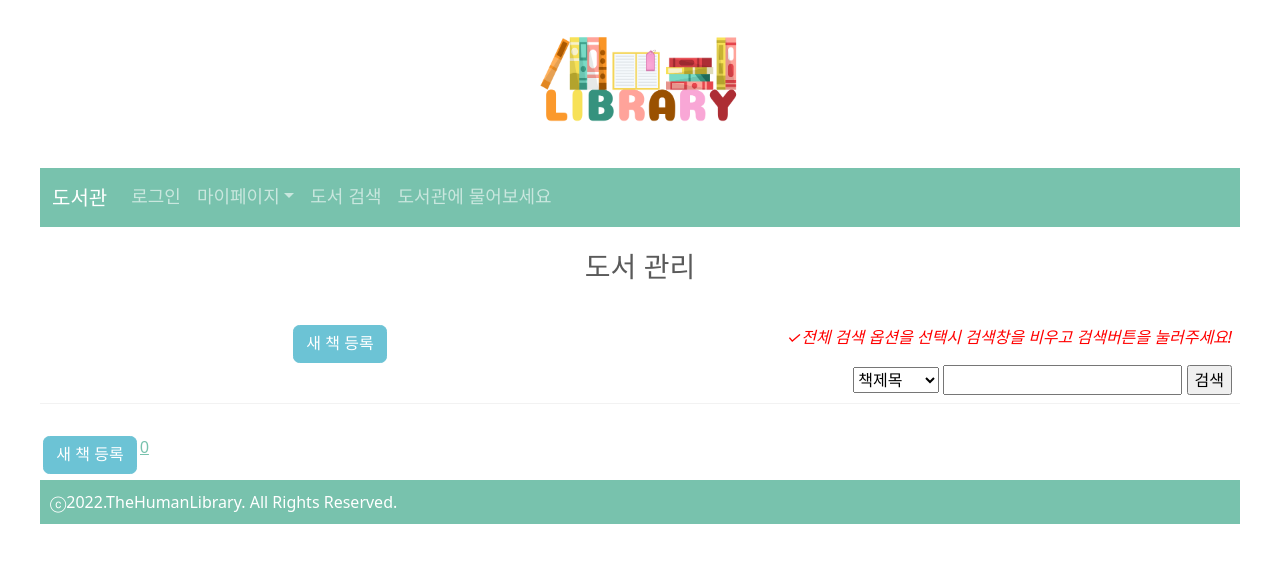
Repository: ahnbin00/Library
Page: http://localhost/BookRental/WEB-INF/book/manageBookList.jsp
An editor plug-in stored every save of this project. The page is shown before and after a run of saves, followed by the edit.
The browser window is 1280 px wide. The pictures show the whole page.
Some web fonts or font styles are not loaded; a fallback is used. Some web libraries are served in a nearby version. The page is served by Tomcat 9. Nobody is signed in. Other server files are loaded and not shown. The template is opened directly, without the code that normally fills it, so the values that code supplies are empty.

Above is the page before, as saved 2022-12-22 07:06:39.

### BookRental/src/main/webapp/WEB-INF/book/manageBookList.jsp
<%@page import="java.util.List"%>

<%@ page language="java" contentType="text/html; charset=UTF-8"
   pageEncoding="UTF-8"%>
    <%@ taglib prefix="c" uri="http://java.sun.com/jsp/jstl/core" %>
<!DOCTYPE html>
<html>
<head>
<meta charset="UTF-8">
<link rel="stylesheet"
   href="resources/bootstrap.css">
   <link rel="stylesheet" href="https://cdn.jsdelivr.net/npm/bootstrap-icons@1.7.1/font/bootstrap-icons.css">
<title>도서 목록/검색</title>
<style type="text/css">
@import url('https://fonts.googleapis.com/css2?family=Jua&display=swap');
th{
	width: 200px;
}
td{
	width: 600px;
}
</style>
</head>
<body style="width:1200px; text-align:center; margin: 0 auto;" >
	<header>
		<h1 style="text-align: center; padding-top: 30px; padding-bottom: 30px;"><img alt="로고" src="resources/logo.png" width="200px" height="100px"></h1>
    </header>

	<nav>
		<%@ include file="/WEB-INF/book/banner.jsp" %>
	</nav>
   <br>

   <h3>도서 관리</h3>

   <!-- 검색 시작 -->
   <form action="getBookListManage.do" method="post">
      <table class="table">
         <tr>
            <td>
               <button type="button" class="btn btn-info" onclick="location.href='insertBookPage.do'">새 책 등록</button>
            </td>
            <td align="right">
            <p style="color: red;font-style: italic;">✓전체 검색 옵션을 선택시 검색창을 비우고 검색버튼을 눌러주세요!</p>
            <select id="searchCondition" name="searchCondition">
                  <option value="TITLE" ${vo.searchCondition == 'TITLE' ? 'selected="selected"' : '' }>책제목</option>
                  <option value="WRITER" ${vo.searchCondition == 'WRITER' ? 'selected="selected"' : '' }>저자</option>
                  <option value="PUBLISHER" ${vo.searchCondition == 'PUBLISHER' ? 'selected="selected"' : '' }>출판사</option>
                  <option value="TITLE">전체 검색</option>
            </select>
            <input type="text" name="searchKeyword" value="${vo.searchKeyword }">
            <input type="submit" value="검색"></td><br>
         </tr>
      </table>
   </form>
   <!-- 검색 종료 -->

   <table class="table" style="width:1200px;">
      <c:forEach var="bookList" items="${bookList }">
         <tr>
            <td style="height:100px" rowspan="6"><img src="${bookList.image }" width="160"></td>
               <th scope="row">제목</th>
               <td>${bookList.title }</td>
          </tr>
          <tr>
               <th scope="row">ISBN</th>
               <td>${bookList.isbn }</td>
          </tr>
          <tr>
             <th scope="row">작가</th>
               <td>${bookList.writer}</td>
          </tr>
          <tr>
             <th scope="row">출판사</th>
               <td>${bookList.publisher}</td>
          </tr>
          <tr>
             <th scope="row">소개</th>
               <td>${bookList.content}</td>
          </tr>
          <tr>
             <td>
                <button type="button" class="btn btn-dark" onclick="location.href='getBookManage.do?isbn=${bookList.isbn }'">수정</button>
             </td>
             <td>
                <button type="button" class="btn btn-danger" onclick="location.href='deleteBook.do?seq=${bookList.seq }'">삭제</button>
             </td>
          </tr>
       </c:forEach>
   </table>
   <div style="width: 100px; float: left;">
      <button type="button" class="btn btn-info" onclick="location.href='insertBookPage.do'">새 책 등록</button>
   </div>

   <div style="text-align: center;">
         <ul class="pagination">
<!--             이전 페이지 시작 -->
            <c:if test='${map.startPage > 10}'>
            <li class="paginate_button page-item previous" id="dataTable_previous">
            <a href="getBookListManage.do?pageNum=${map.startPage-10 }" aria-controls="dataTable" data-dt-idx="0" tabindex="0" class="page-link">이전페이지</a>
            </li>
            </c:if>
<!--             이전 페이지 끝 -->

<!--             페이징 넘버링 시작 -->
            <c:forEach var="num" begin="${map.startPage }" end="${map.endPage }">
               <li class="pagination_button-item  <c:if test='${vo.pageNum eq num }'>active</c:if>">
                  <a href="getBookListManage.do?pageNum=${num }&searchKeyword=${vo.searchKeyword}&searchCondition=${vo.searchCondition}">${num }</a>
               </li>
            </c:forEach>
<!--             페이징 넘버링 끝 -->

<!--             다음 페이지 시작 -->
            <c:if test='${map.totalPages > map.endPage }'>
            <li class="paginate_button page-item next" id="dataTable_next">
            <a href="getBookListManage.do?pageNum=${vo.pageNum+map.nextFirstNumPage }" aria-controls="dataTable" data-dt-idx="7" tabindex="0" class="page-link">다음페이지</a>
            </li>
            </c:if>
<!--             다음 페이지 끝 -->
         </ul>
      </div>

	<%@ include file="/WEB-INF/book/footer.jsp" %>
</body>
</html>

### BookRental/src/main/webapp/WEB-INF/book/banner.jsp
<%@ page language="java" contentType="text/html; charset=UTF-8"
   pageEncoding="UTF-8"%>
<%@ taglib prefix="c" uri="http://java.sun.com/jsp/jstl/core" %>
<!DOCTYPE html>
<html>
<head>
<meta charset="UTF-8">
<link rel="stylesheet"
   href="../resources/bootstrap.css">
   <script src="https://cdn.jsdelivr.net/npm/bootstrap@5.2.2/dist/js/bootstrap.bundle.min.js" integrity="sha384-OERcA2EqjJCMA+/3y+gxIOqMEjwtxJY7qPCqsdltbNJuaOe923+mo//f6V8Qbsw3" crossorigin="anonymous"></script>
<title>상단 메인 배너</title>
<style type="text/css">
@import url('https://fonts.googleapis.com/css2?family=Jua&display=swap');
body ul, a{
font-family: 'Jua', sans-serif;
}
</style>
</head>
<body style="width:1200px;">
<nav class="navbar navbar-expand-lg navbar-dark bg-primary">
  <div class="container-fluid">
    <a class="navbar-brand" href="index.do">도서관</a>
    <button class="navbar-toggler" type="button" data-bs-toggle="collapse" data-bs-target="#navbarColor01" aria-controls="navbarColor01" aria-expanded="false" aria-label="Toggle navigation">
      <span class="navbar-toggler-icon"></span>
    </button>
    <div class="collapse navbar-collapse" id="navbarColor01">
      <ul class="navbar-nav me-auto">
        <li class="nav-item">
        <c:choose>
         <c:when test="${empty id }">
            <a class="nav-link" href="login.do" style="font-size:18px">로그인
            <span class="visually-hidden">(current)</span>
             </a>
         </c:when>
         <c:otherwise>
             <a class="nav-link" href="logout.do" style="font-size:18px">로그아웃
             <span class="visually-hidden">(current)</span>
             </a>
         </c:otherwise>
         </c:choose>
         <c:if test="${id eq 'admin' }">
        	<li class="nav-item">
			<a class="nav-link" href="getMemberList.do">회원 관리</a>
			</li>
			<li class="nav-item">
			<a class="nav-link" href="getBookListManage.do">도서 관리</a>
			</li>
			<li class="nav-item">
			<a class="nav-link" href="getRentalList.do">대여 현황</a>
			</li>
			<li class="nav-item">
			<a class="nav-link" href="getQnaListManage.do">도서관에 물어보세요</a>
			</li>
         </c:if>
        </li>
        <c:if test="${id ne 'admin' }">
        <li class="nav-item dropdown">
          <a class="nav-link dropdown-toggle" data-bs-toggle="dropdown" role="button" aria-haspopup="true" aria-expanded="false" style="font-size:18px">마이페이지</a>
          <div class="dropdown-menu">
             <c:choose>
             <c:when test="${empty id }">
             <a class="dropdown-item" href="login.do" style="font-size:18px">회원정보수정</a>
            <a class="dropdown-item" href="login.do" style="font-size:18px">회원대출정보</a>
             </c:when>
             <c:otherwise>
             <a class="dropdown-item" href="getMember.do?id=${id}" style="font-size:18px">회원정보수정</a>
            <a class="dropdown-item" href="memberRental.do?id=${id}" style="font-size:18px">회원대출정보</a>
             </c:otherwise>
             </c:choose>
          </div>
        </li>
        <li class="nav-item">
          <a class="nav-link" href="getBookList.do" style="font-size:18px">도서 검색</a>
        </li>
        <li class="nav-item">
          <a class="nav-link" href="getQnaList.do" style="font-size:18px">도서관에 물어보세요</a>
        </li>
      </ul>
      </c:if>
<!--       <form class="d-flex"> -->
<!--         <input class="form-control me-sm-2" type="text" placeholder="Search"> -->
<!--         <button class="btn btn-secondary my-2 my-sm-0" type="submit">Search</button> -->
<!--       </form> -->
    </div>
  </div>
</nav>

</body>
</html>

### BookRental/src/main/webapp/WEB-INF/book/footer.jsp
<%@ page language="java" contentType="text/html; charset=UTF-8"
    pageEncoding="UTF-8"%>
<!DOCTYPE html>
<html>
<head>
<meta charset="UTF-8">
<title>Insert title here</title>
<style type="text/css">
footer{
margin-top: 20px;
padding: 10px;
width: 1200px;
background-color: #78c2ad;
text-align: left;
color: white;
}
</style>
</head>
<body>

   <footer>
		ⓒ2022.TheHumanLibrary. All Rights Reserved.
   </footer>

</body>
</html>

Loaded but not shown: BookRental/src/main/webapp/resources/bootstrap.css (library)

After the next 2 saves:
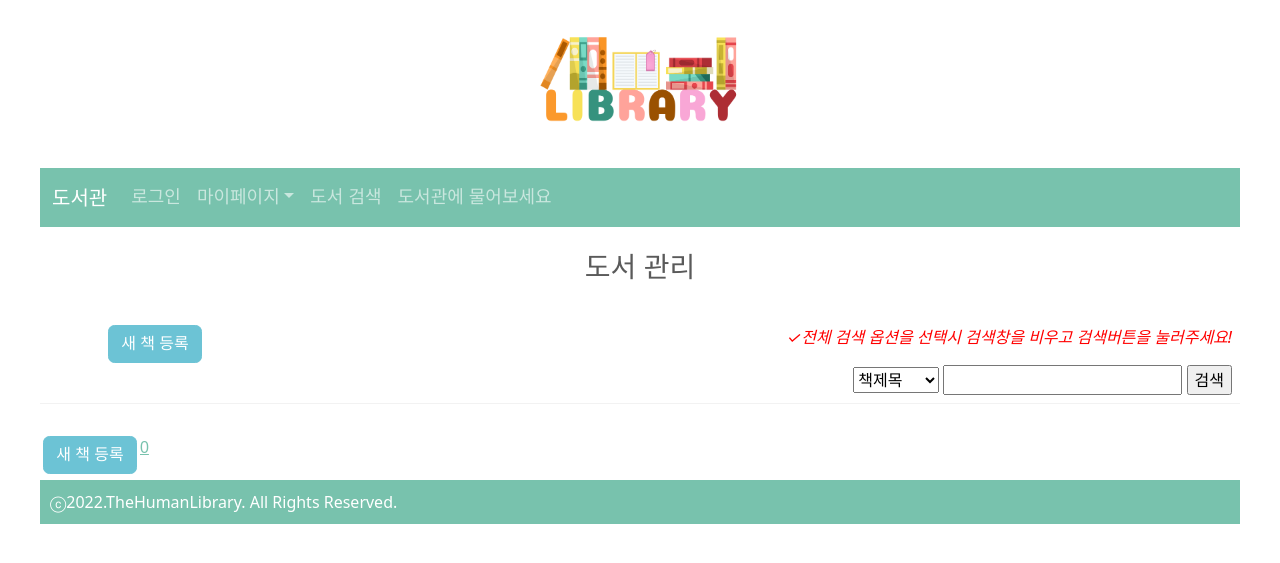
The 2 saves are shown as one change because they came seconds apart.
The last was saved 37 s later.
--- a/BookRental/src/main/webapp/WEB-INF/book/manageBookList.jsp
+++ b/BookRental/src/main/webapp/WEB-INF/book/manageBookList.jsp
@@ -14,10 +14,10 @@
 <style type="text/css">
 @import url('https://fonts.googleapis.com/css2?family=Jua&display=swap');
 th{
-	width: 200px;
+	size: 200px;
 }
 td{
-	width: 600px;
+	size: 600px;
 }
 </style>
 </head>
